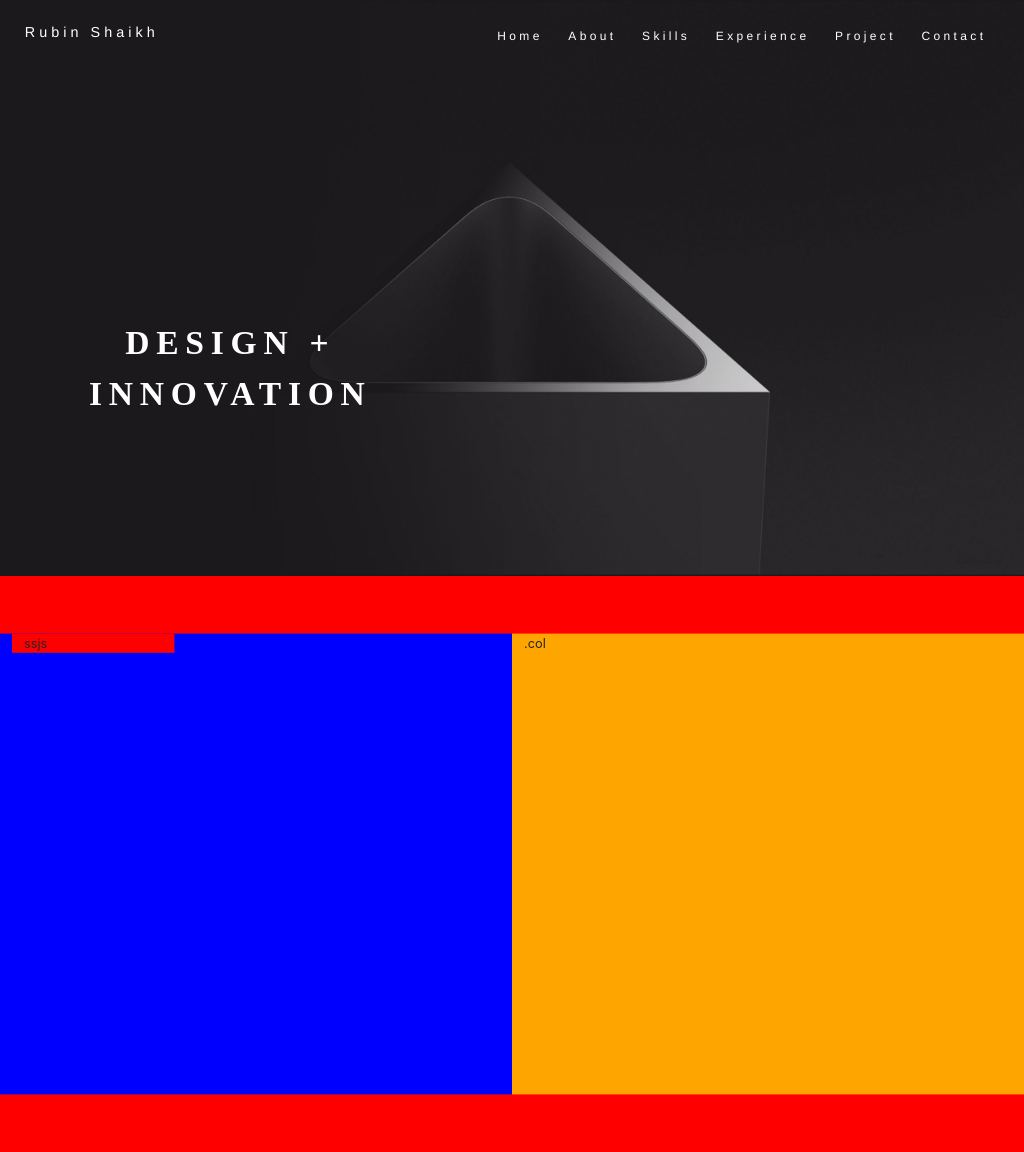
Repository: Rubin78/My-Portfolio
Page: /second
An editor plug-in stored every save of this project. The page is shown before and after the next save, followed by the edit.
The browser window is 1280 px wide. The pictures show the whole page, at 80% of full size.
The project was rebuilt for these pictures with package versions that can differ from the ones it lists, and the page was loaded fresh each time. Also part of the build but not shown: src/components/First/First.module.css, src/components/First/First.js, src/components/Third.js.

Above is the page before, as saved 2020-07-21 19:31:32.

After the next save:
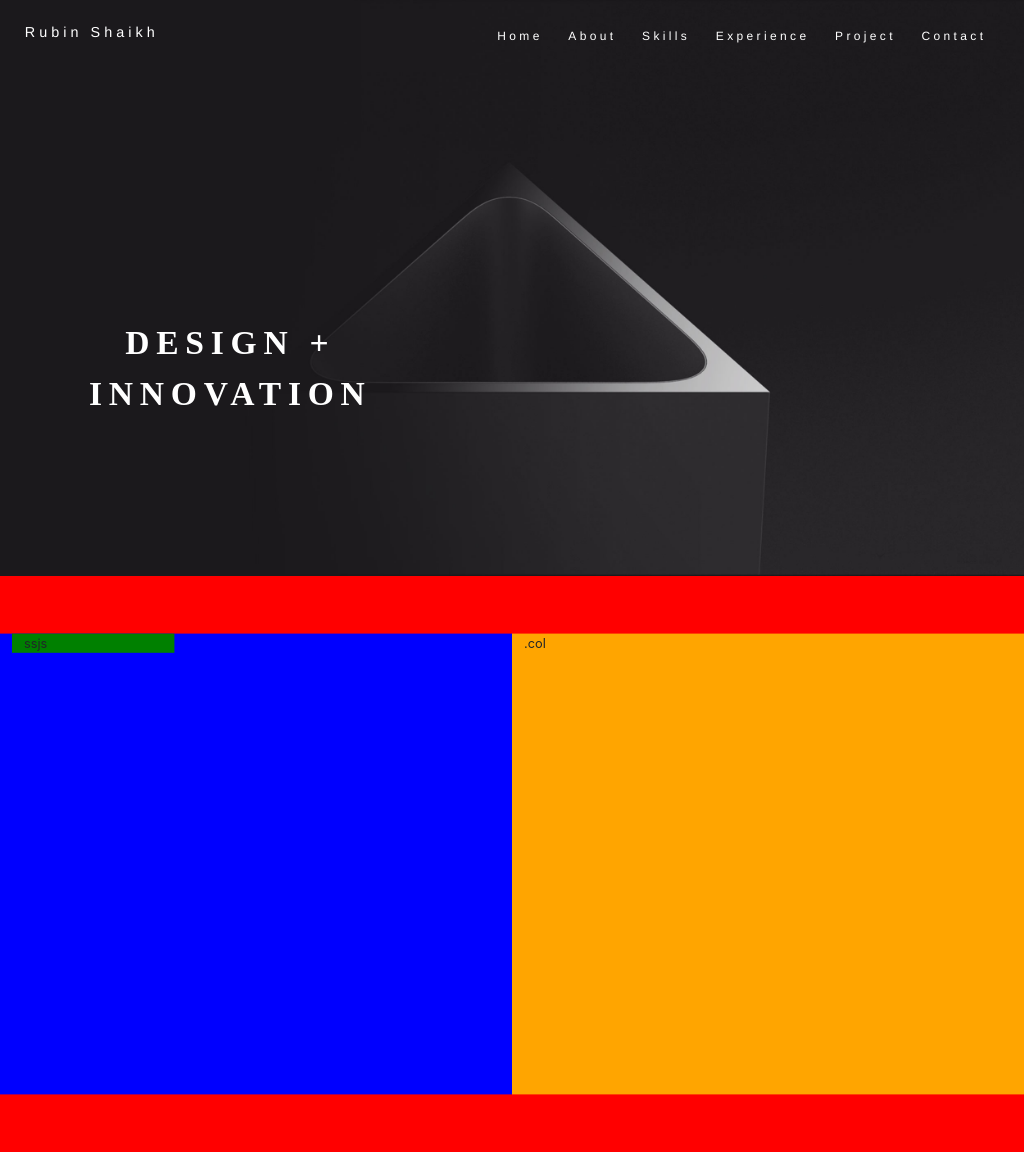
Saved 11 s later.
--- a/src/components/Second.js
+++ b/src/components/Second.js
@@ -98,7 +98,7 @@
 <Row >
         <Col md="6" sm="6" className="container2column" style={{backgroundColor:"blue"}} >
 
-          <Col sm="4" style={{backgroundColor:'red'}}>
+          <Col sm="4" style={{backgroundColor:'green'}}>
             ssjs
             </Col>
         </Col>
